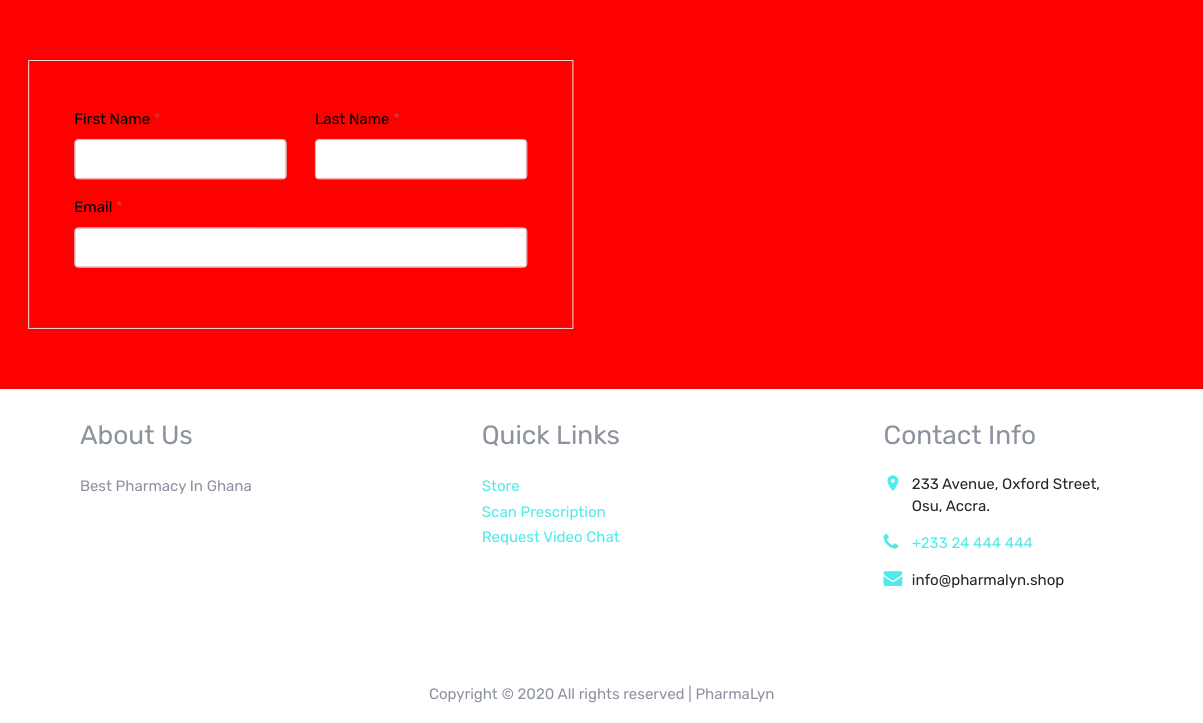
Repository: Nat-A/finalyearproject
Page: pharma/index - Copy.html
An editor plug-in stored every save of this project. The page is shown before and after the next save, followed by the edit.
The browser window is 1280 px wide. The pictures show the part of the page from y = 802 to 1871 px (the page is 1571 px tall before and 1871 px after), at 94% of full size.

Above is the page before, as saved 2020-06-03 12:54:19.

### pharma/index - Copy.html
<!DOCTYPE html>
<html lang="en">

<head>
    <title>PharmaLyn &mdash; HomePage</title>
    <meta charset="utf-8">
    <meta name="viewport" content="width=device-width, initial-scale=1, shrink-to-fit=no">

    <link href="https://fonts.googleapis.com/css?family=Rubik:400,700|Crimson+Text:400,400i" rel="stylesheet">
    <link rel="stylesheet" href="fonts/icomoon/style.css">

    <link rel="stylesheet" href="css/bootstrap.min.css">
    <link rel="stylesheet" href="css/magnific-popup.css">
    <link rel="stylesheet" href="css/jquery-ui.css">
    <link rel="stylesheet" href="css/owl.carousel.min.css">
    <link rel="stylesheet" href="css/owl.theme.default.min.css">


    <link rel="stylesheet" href="css/aos.css">

    <link rel="stylesheet" href="css/style.css">

</head>

<body>

    <div class="site-wrap">

        <!-- navbar  -->
        <div class="site-navbar py-2">

            <div class="search-wrap">
                <div class="container">
                    <a href="#" class="search-close js-search-close"><span class="icon-close2"></span></a>
                    <!-- search feature -->
                    <form action="#" method="post">
                        <input type="text" class="form-control" placeholder="Search drug...">
                    </form>
                </div>
            </div>

            <div class="container">
                <div class="d-flex align-items-center justify-content-between">
                    <div class="logo">
                        <div class="site-logo">
                            <a href="index.html" class="js-logo-clone">PharmaLyn</a>
                        </div>
                    </div>
                    <div class="main-nav d-none d-lg-block">
                        <nav class="site-navigation text-right text-md-center" role="navigation">
                            <ul class="site-menu js-clone-nav d-none d-lg-block">
                                <li class="active"><a href="index.html">Home</a></li>

                                <li class="has-children">
                                    <a href="#">Services</a>
                                    <ul class="dropdown">
                                        <li><a href="shop.html">Store</a></li>
                                        <li><a href="#">Scan Prescription</a></li>
                                        <li><a href="#">Request Video Chat</a></li>
                                    </ul>
                                </li>
                                <li><a href="contact.html">Contact</a></li>
                                <li><a href="about.html">About</a></li>
                                <li><a href="#">Log In / Sign Up  </a></li>
                                <!-- insert modal here -->
                            </ul>
                        </nav>
                    </div>
                    <div class="icons">
                        <a href="#" class="icons-btn d-inline-block js-search-open"><span class="icon-search"></span></a>
                        <a href="cart.html" class="icons-btn d-inline-block bag">
                            <span class="icon-shopping-bag"></span>
                            <!-- subject to the items in the cart -->
                            <span class="number">2</span>
                        </a>
                        <a href="#" class="site-menu-toggle js-menu-toggle ml-3 d-inline-block d-lg-none"><span
                class="icon-menu"></span></a>
                    </div>
                </div>
            </div>
        </div>
        <!-- end of navbar -->


        <!-- site banner -->
        <div class="site-blocks-cover" style="background-image: url('images/pills.jpg');">
            <div class="container">
                <div class="row">
                    <div class="col-lg-7 mx-auto order-lg-2 align-self-center">
                        <div class="site-block-cover-content text-center">
                            <h2 class="sub-title">PharmaLyn, We Care For You</h2>
                            <h1>Welcome To PharmaLyn</h1>
                            <p>
                                <a href="shop.html" class="btn btn-primary px-5 py-3">Shop Now</a>
                            </p>
                        </div>
                    </div>
                </div>
            </div>
        </div>
        <!-- end of banner -->


        <!-- brands -->
        <div class="jumbotron jumbotron-fluid" style="background: red">


            <div class="col-lg-6 mb-5 mb-lg-0 ">

                <div class="banner-1-inner align-self-center ">

                    <div class="col-md-12">

                        <form action="#" method="post">

                            <div class="p-3 p-lg-5 border">
                                <div class="form-group row">
                                    <div class="col-md-6">
                                        <label for="c_fname" class="text-black">First Name <span class="text-danger">*</span></label>
                                        <input type="text" class="form-control" id="c_fname" name="c_fname">
                                    </div>
                                    <div class="col-md-6">
                                        <label for="c_lname" class="text-black">Last Name <span class="text-danger">*</span></label>
                                        <input type="text" class="form-control" id="c_lname" name="c_lname">
                                    </div>
                                </div>
                                <div class="form-group row">
                                    <div class="col-md-12">
                                        <label for="c_email" class="text-black">Email <span class="text-danger">*</span></label>
                                        <input type="email" class="form-control" id="c_email" name="c_email" placeholder="">
                                    </div>
                                </div>




                            </div>
                        </form>
                    </div>
                </div>
                </a>
            </div>








        </div>
    </div>
    <div class="container ">
        <div class="row ">
            <div class="col-md-6 col-lg-3 mb-4 mb-lg-0 ">

                <div class="block-7 ">
                    <h3 class="footer-heading mb-4 ">About Us</h3>
                    <p>Best Pharmacy In Ghana</p>
                </div>

            </div>
            <div class="col-lg-3 mx-auto mb-5 mb-lg-0 ">
                <h3 class="footer-heading mb-4 ">Quick Links</h3>
                <ul class="list-unstyled ">
                    <li><a href="shop.html ">Store</a></li>
                    <li><a href="# ">Scan Prescription</a></li>
                    <li><a href="# ">Request Video Chat</a></li>
                </ul>
            </div>

            <div class="col-md-6 col-lg-3 ">
                <div class="block-5 mb-5 ">
                    <h3 class="footer-heading mb-4 ">Contact Info</h3>
                    <ul class="list-unstyled ">
                        <li class="address ">233 Avenue, Oxford Street, Osu, Accra. </li>
                        <li class="phone "><a href="tel:// ">+233 24 444 444</a></li>
                        <li class="email ">info@pharmalyn.shop</li>
                    </ul>
                </div>
            </div>
        </div>
        <div class="row pt-5 text-center ">
            <div class="col-md-12 ">
                <p>
                    Copyright &copy;
                    <script>
                        document.write(new Date().getFullYear());
                    </script> All rights reserved | PharmaLyn
                </p>
            </div>
        </div>
    </div>
    </footer>
    <!-- end of footer -->
    </div>

    <script src="js/jquery-3.3.1.min.js "></script>
    <script src="js/jquery-ui.js "></script>
    <script src="js/popper.min.js "></script>
    <script src="js/bootstrap.min.js "></script>
    <script src="js/owl.carousel.min.js "></script>
    <script src="js/jquery.magnific-popup.min.js "></script>
    <script src="js/aos.js "></script>

    <script src="js/main.js "></script>

</body>

</html>

Loaded but not shown: pharma/fonts/icomoon/style.css (common file); pharma/css/bootstrap.min.css (library); pharma/css/magnific-popup.css (library); pharma/css/jquery-ui.css (library); pharma/css/owl.carousel.min.css (common file); pharma/css/owl.theme.default.min.css (common file); pharma/css/aos.css (library); pharma/js/jquery-3.3.1.min.js (library); pharma/js/jquery-ui.js (library); pharma/js/popper.min.js (library); pharma/js/bootstrap.min.js (library); pharma/js/owl.carousel.min.js (library); pharma/js/jquery.magnific-popup.min.js (library); pharma/js/aos.js (library); pharma/js/main.js (219 lines, source omitted); pharma/css/style.css (1125 lines, source omitted)

After the next save:
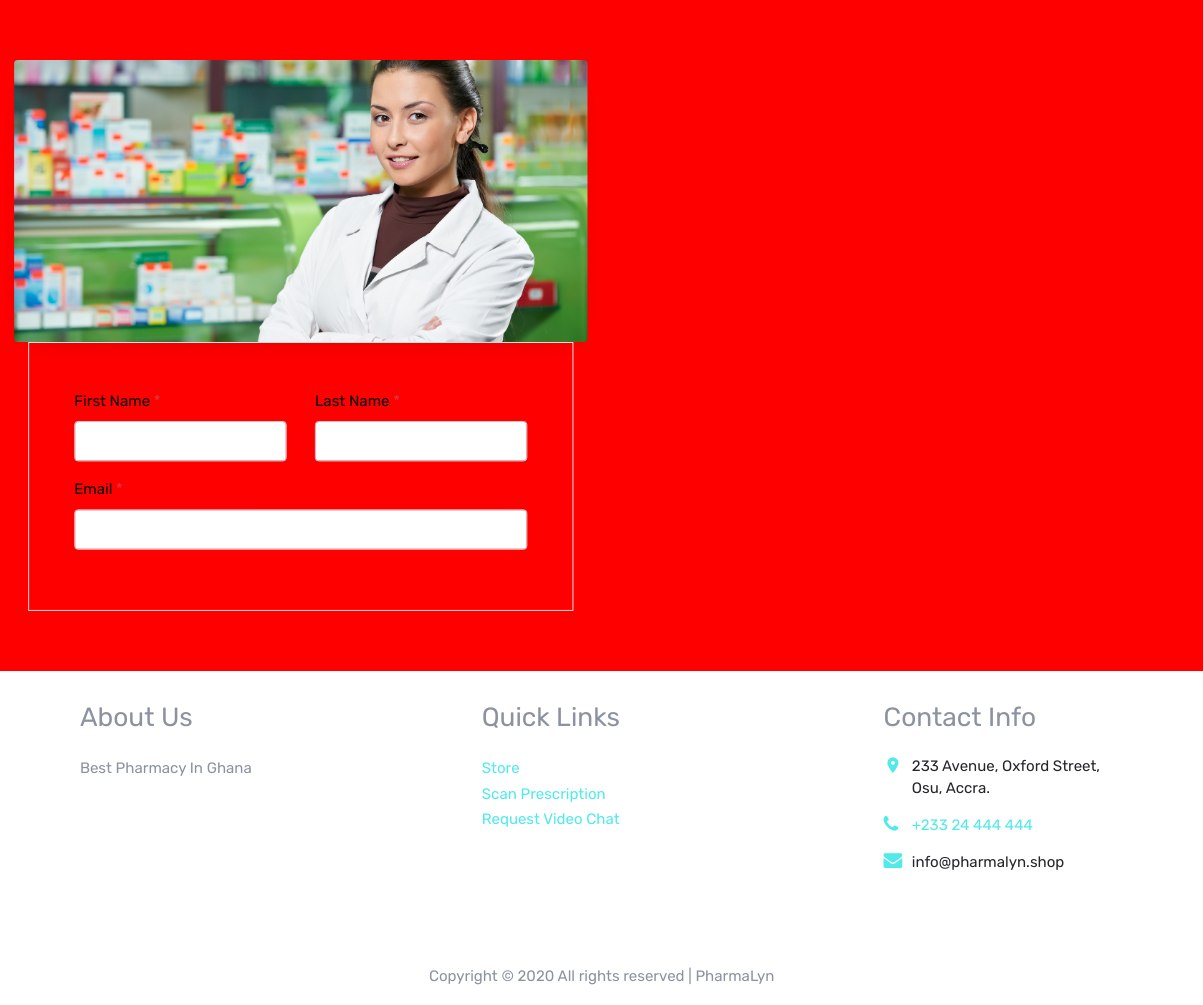
Saved 7 s later.
--- a/pharma/index - Copy.html
+++ b/pharma/index - Copy.html
@@ -106,7 +106,7 @@
 
 
             <div class="col-lg-6 mb-5 mb-lg-0 ">
-
+                <a class="banner-1 h-100" style="background-image: url( 'images/avatars/doctor4.jpg'); "></a>
                 <div class="banner-1-inner align-self-center ">
 
                     <div class="col-md-12">
